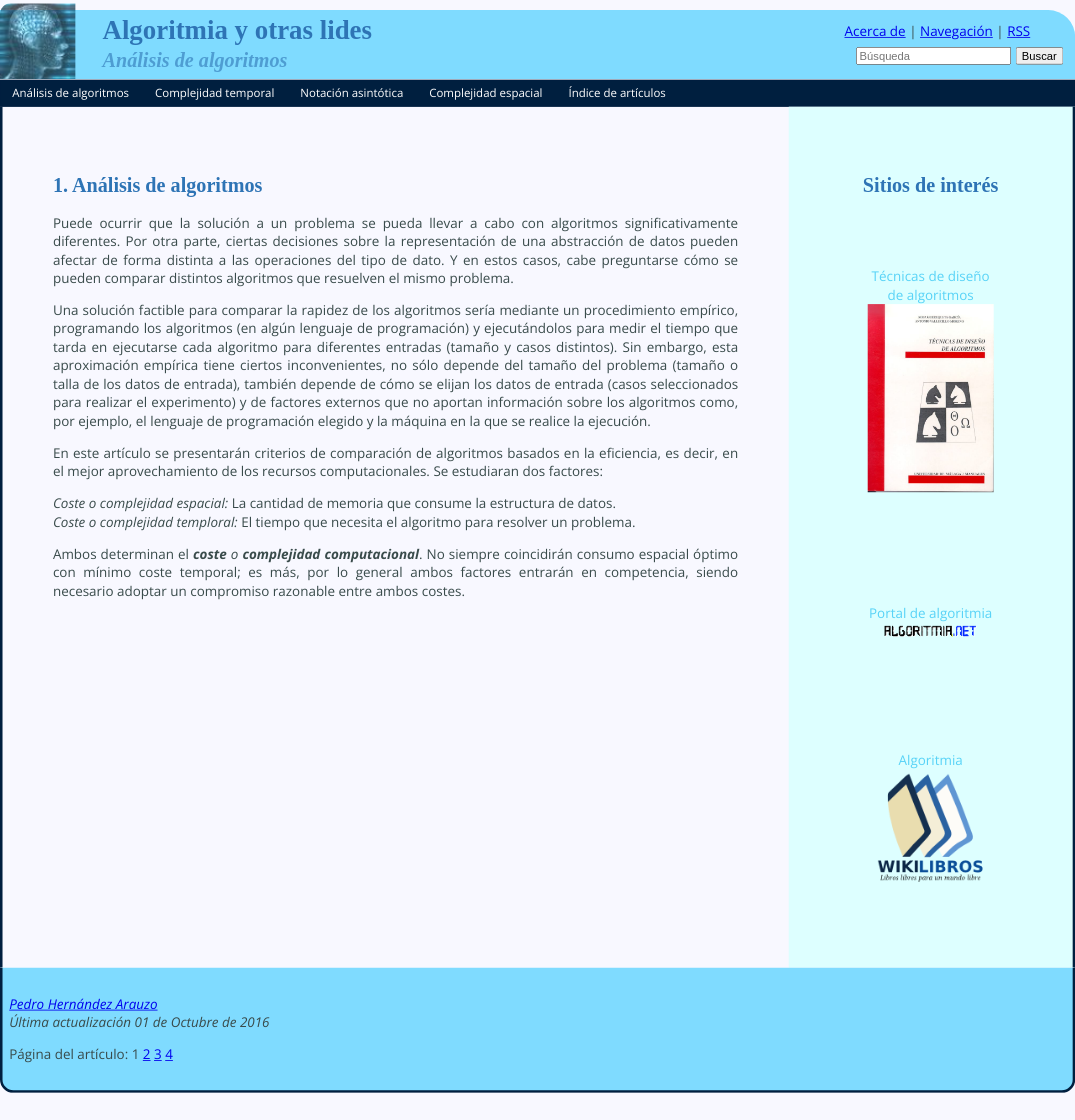
Repository: dgsama/Curso17
Page: SEW/WorkSpace/Practica04/index.html
The author's editor kept a copy of each file at every save. The page is drawn from the files as they stood at one save, then again after the next save.
The browser window is 1280 px wide. The pictures show the whole page, at 84% of full size.
Some web fonts or font styles are not loaded; a fallback is used.

Above is the page before, as saved 2016-10-26 09:41:22.

After the next save:
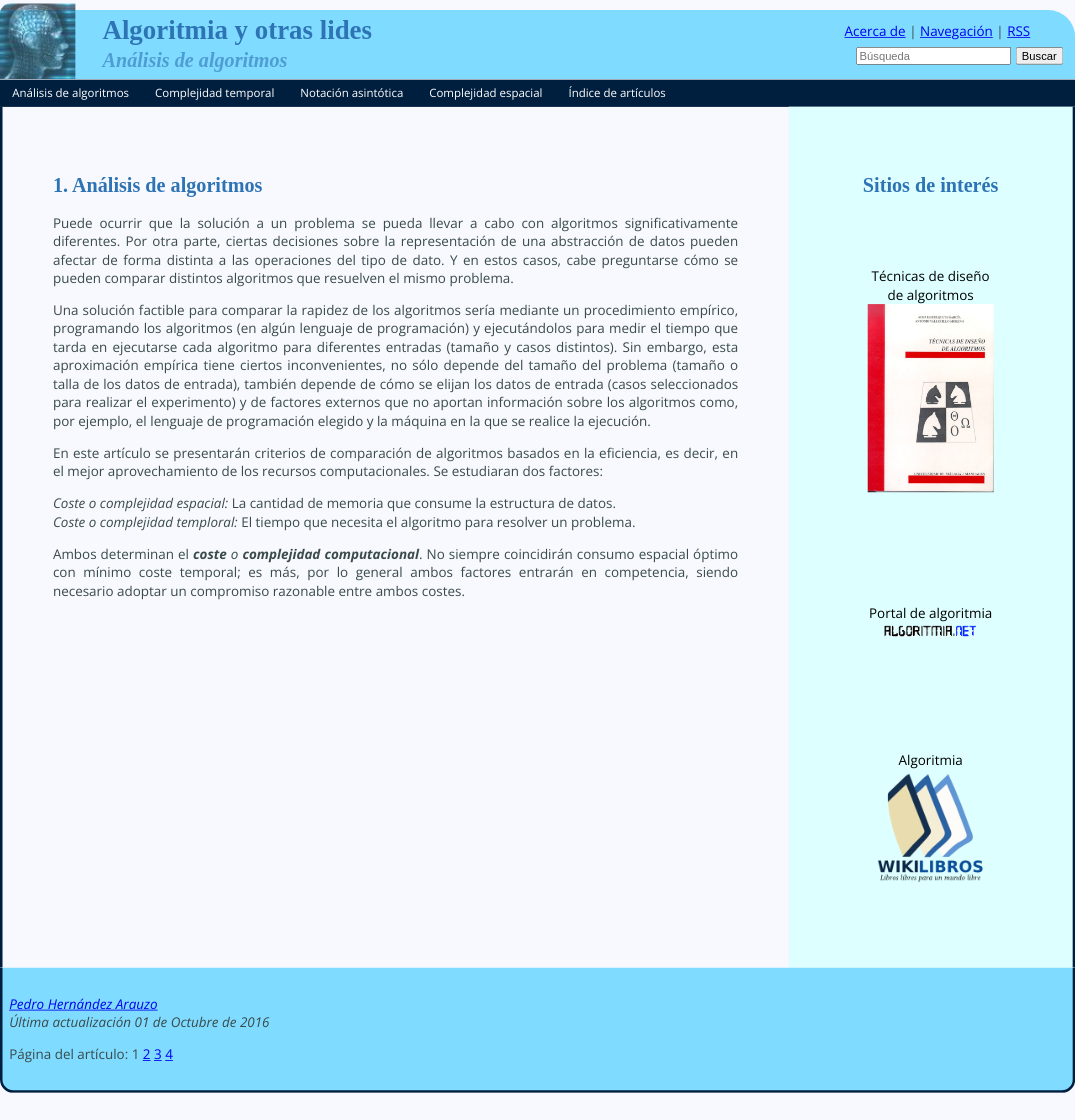
Saved 59 s later.
--- a/SEW/WorkSpace/Practica04/estilo.css
+++ b/SEW/WorkSpace/Practica04/estilo.css
@@ -256,7 +256,7 @@
 }
 
 aside {
-    color: #58D3F7;
+    color: black;
     text-align: center;
 }
 
